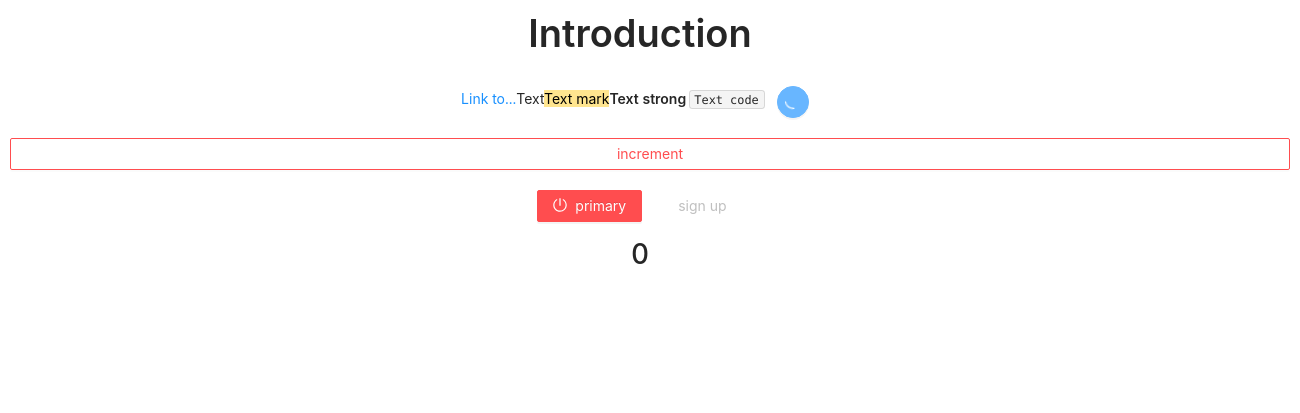
Repository: ErosHai/antd-demo
Page: /
These files come from the project's save history. The page is drawn as it stood at one moment and after the next save; the edit follows.
The browser window is 1280 px wide. The page is 1300 px wide, so the pictures cover 1300 px, including what lies to the right of the window. The pictures show the whole page.
The project was rebuilt for these pictures with package versions that can differ from the ones it lists, and the page was loaded fresh each time.

Above is the page before, as saved 2022-04-12 15:21:31.

After the next save:
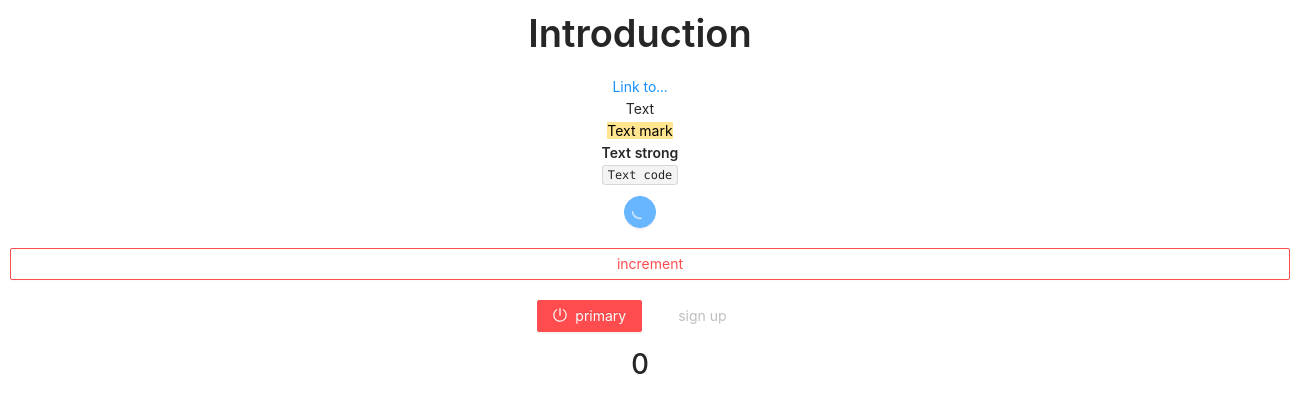
Saved 58 s later.
--- a/src/App.css
+++ b/src/App.css
@@ -5,6 +5,9 @@
   /* background-color: #282c34; */
   padding:10px 0px;
 
+}
+.ant-typography{
+  display:block;
 }
 .App button {
   margin:  10px;
